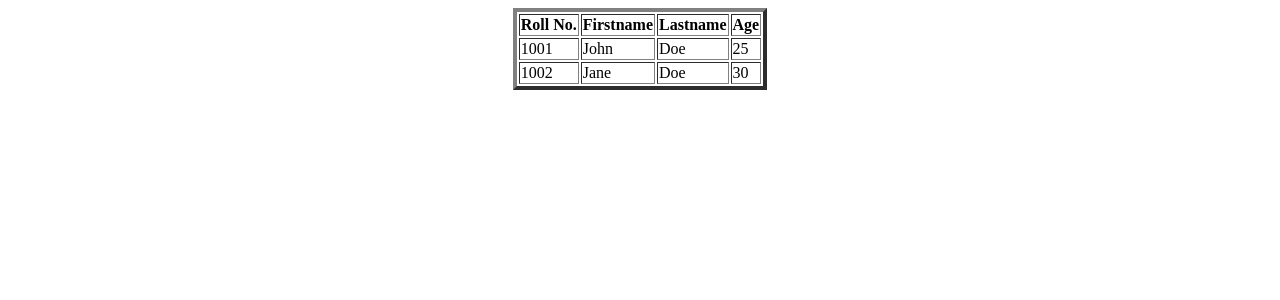
Repository: ankitgujre01/HTMLgeeks
Page: table.html
The author's editor kept a copy of each file at every save. The page is drawn from the files as they stood at one save, then again after the next save.
The browser window is 1280 px wide. The pictures show the whole page.

Above is the page before, as saved 2025-09-03 23:16:33.

After the next save:
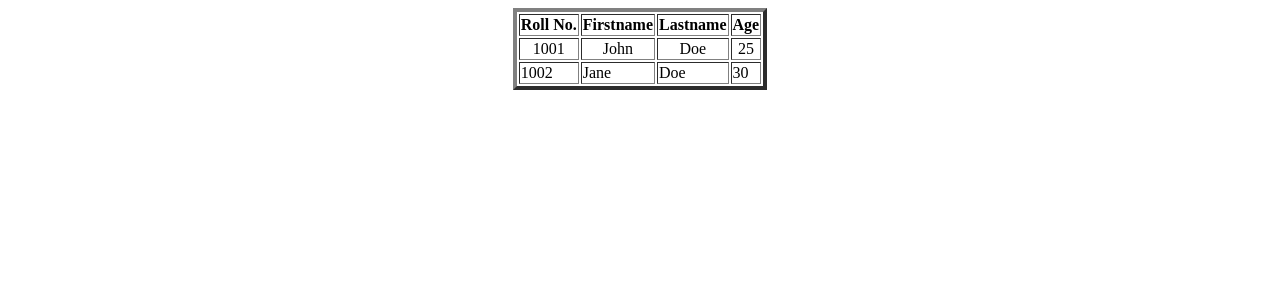
Saved 4 s later.
--- a/table.html
+++ b/table.html
@@ -9,7 +9,7 @@
             <th>Firstname</th>
             <th>Lastname</th>
             <th>Age</th>
-            <tr align>
+            <tr align="center">
                 <td>1001</td>
                 <td>John</td>
                 <td>Doe</td>
